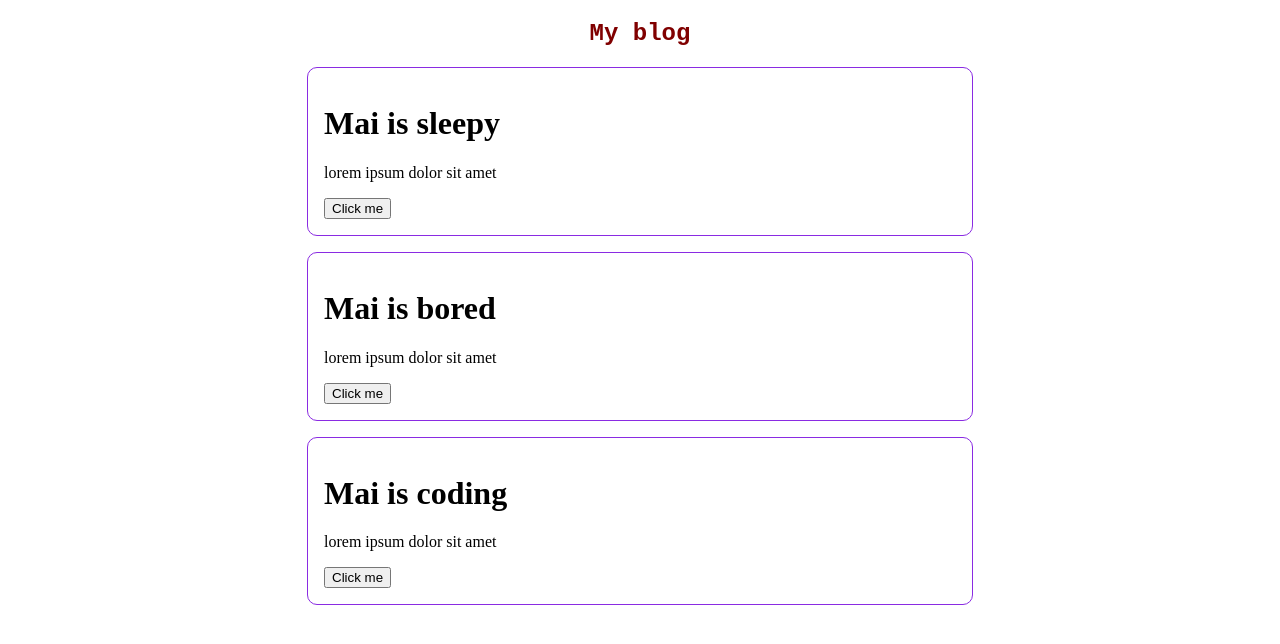
Repository: MaiCrespo/BlogEntry
Page: /
The author's editor kept a copy of each file at every save. The page is drawn from the files as they stood at one save, then again after the next save.
The browser window is 1280 px wide. The pictures show the whole page.
The project was rebuilt for these pictures with package versions that can differ from the ones it lists, and the page was loaded fresh each time. Also part of the build but not shown: vite.config.js.

Above is the page before, as saved 2025-09-10 14:06:32.

After the next save:
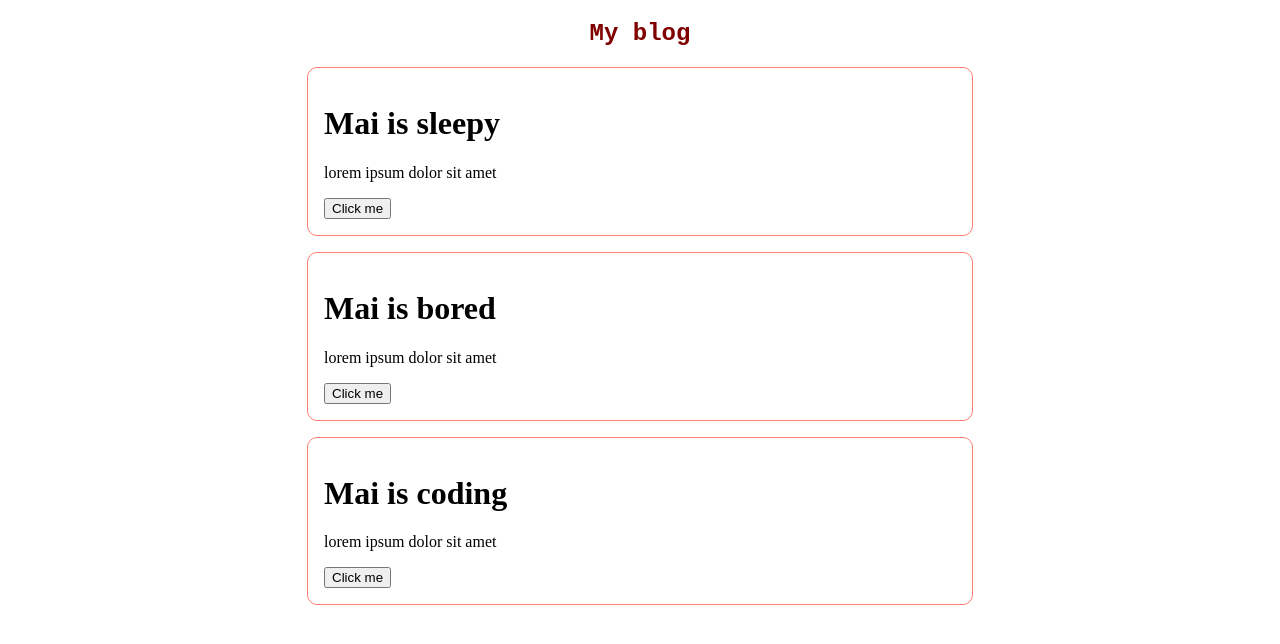
Saved 14 s later.
--- a/src/index.css
+++ b/src/index.css
@@ -6,7 +6,7 @@ h2 {
 .entry {
   margin: 1em auto;
   width: 50%;
-  border: 1px solid blueviolet;
+  border: 1px solid salmon;
   border-radius: 10px;
   padding: 1em;
 }
